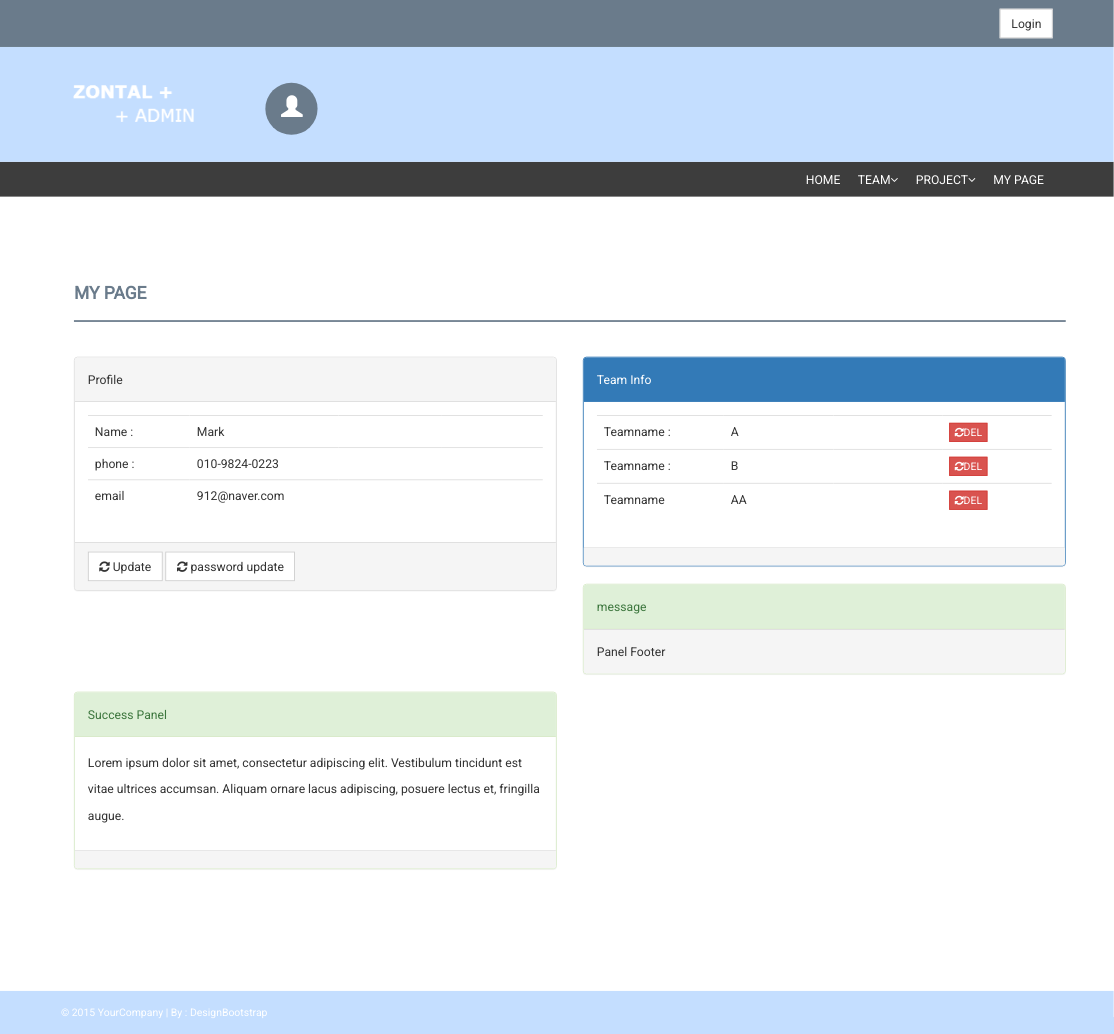
Repository: hwju91/skuniv
Page: http://localhost/0903.2/WEB-INF/jsp/mypage.jsp
The author's editor kept a copy of each file at every save. The page is drawn from the files as they stood at one save, then again after the next save.
The browser window is 1280 px wide. The pictures show the whole page, at 87% of full size.
The page is served by Tomcat 9. Nobody is signed in. Other server files are loaded and not shown. The template is opened directly, without the code that normally fills it, so the values that code supplies are empty.

Above is the page before, as saved 2016-09-06 10:26:24.

### 0903.2/WebContent/WEB-INF/jsp/mypage.jsp
<%@ page language="java" contentType="text/html; charset=UTF-8"
	pageEncoding="UTF-8"%>
<jsp:include page="header_index.jsp" />
<jsp:include page="nav.jsp" />
<jsp:include page="menu_mypage.jsp" />


 <div class="content-wrapper">
            <div class="container">

            <div class="row">
				<div class="col-md-12">
					<h1 class="page-head-line">My page</h1>
				</div>
			</div>


			 <div class="row">
                <div class="col-md-6 col-sm-6">
                    <div class="panel panel-default">
                        <div class="panel-heading">
                            Profile
                        </div>
                        <div class="panel-body">
                            <div class="table-responsive">
                                <table class="table">
                                    <thead>
                                        <!-- <tr>
                                            <th>#</th>
                                            <th>First Name</th>
                                            <th>Last Name</th>
                                            <th>Username</th>
                                        </tr> -->
                                    </thead>
                                    <tbody>
                                        <tr>
                                            <td>Name :</td>
                                            <td>Mark</td>
                                            <td> </td>
                                            <td> </td>
                                        </tr>
                                        <tr>
                                            <td>phone : </td>
                                            <td>010-9824-0223</td>
                                            <td></td>
                                            <td></td>
                                        </tr>
                                        <tr>
                                            <td>email</td>
                                            <td>912@naver.com</td>
                                            <td></td>
                                            <td></td>
                                        </tr>

                                    </tbody>
                                </table>
                            </div>
                        </div>


                        <div class="panel-footer">
                            <a href="#" class="btn btn-default"><i class=" fa fa-refresh "></i> Update</a>
                            <a href="#" class="btn btn-default"><i class=" fa fa-refresh "></i> password update</a>
                        </div>
                    </div>

                </div>

                <div class="col-md-6 col-sm-6">
                    <div class="panel panel-primary">
                        <div class="panel-heading">
                            	Team Info
                        </div>
                         <div class="panel-body">
                            <div class="table-responsive">
                                <table class="table">
                                    <thead>
                                        <!-- <tr>
                                            <th>#</th>
                                            <th>First Name</th>
                                            <th>Last Name</th>
                                            <th>Username</th>
                                        </tr> -->
                                    </thead>
                                    <tbody>
                                        <tr>
                                            <td>Teamname :</td>
                                            <td>A</td>
                                            <td> </td>
                                            <td>  <a href="#" class="btn btn-danger btn-xs"><i class=" fa fa-refresh "></i>DEL</a></td>
                                        </tr>
                                        <tr>
                                            <td>Teamname : </td>
                                            <td>B</td>
                                            <td></td>
                                            <td><a href="#" class="btn btn-danger btn-xs"><i class=" fa fa-refresh "></i>DEL</a></td>
                                        </tr>
                                        <tr>
                                            <td>Teamname</td>
                                            <td>AA</td>
                                            <td></td>
                                            <td><a href="#" class="btn btn-danger btn-xs"><i class=" fa fa-refresh "></i>DEL</a></td>
                                        </tr>

                                    </tbody>
                                </table>
                            </div>
                        </div>
                        <div class="panel-footer">
                        </div>
                    </div>
                </div>
                <div class="col-md-6 col-sm-6">
                    <div class="panel panel-success">
                        <div class="panel-heading">
                            message
                        </div>

                        <div class="panel-footer">
                            Panel Footer
                        </div>
                    </div>
                </div>

                 <div class="col-md-6 col-sm-6">
                    <div class="panel panel-success">
                        <div class="panel-heading">
                            Success Panel
                        </div>
                        <div class="panel-body">
                            <p>Lorem ipsum dolor sit amet, consectetur adipiscing elit. Vestibulum tincidunt est vitae ultrices accumsan. Aliquam ornare lacus adipiscing, posuere lectus et, fringilla augue.</p>
                        </div>
                        <div class="panel-footer">
                             <!-- <a href="#" class="btn btn-default"><i class=" fa fa-refresh "></i> password update</a> -->
                        </div>
                    </div>
                </div>
            </div>

            <!-- <div class="row">
                <div class="col-md-10 col-sm-10">
                    <div class="panel panel-default">
                        <div class="panel-heading">
                            Basic Tabs
                        </div>
                        <div class="panel-body">
                            <ul class="nav nav-tabs">
                                <li class="active"><a href="#team" data-toggle="tab">Home</a>
                                </li>
                                <li class=""><a href="#profile" data-toggle="tab">Profile</a>
                                </li>
                                <li class=""><a href="#messages" data-toggle="tab">Messages</a>
                                </li>
                                <li class=""><a href="#settings" data-toggle="tab">Settings</a>
                                </li>
                            </ul>

                            <div class="tab-content">
                                <div class="tab-pane fade active in" id="team">
                                    <h4>Home Tab</h4>
                                    <p>Lorem ipsum dolor sit amet, consectetur adipisicing elit, sed do eiusmod tempor incididunt ut labore et dolore magna aliqua. Ut enim ad minim veniam, quis nostrud exercitation ullamco laboris nisi ut aliquip ex ea commodo consequat. Duis aute irure dolor in reprehenderit in voluptate velit esse cillum dolore eu fugiat nulla pariatur. Excepteur sint occaecat cupidatat non proident, sunt in culpa qui officia deserunt mollit anim id est laborum.</p>
                                </div>
                                <div class="tab-pane fade" id="profile">
                                    <h4>Profile Tab</h4>
                                    <p>Lorem ipsum dolor sit amet, consectetur adipisicing elit, sed do eiusmod tempor incididunt ut labore et dolore magna aliqua. Ut enim ad minim veniam, quis nostrud exercitation ullamco laboris nisi ut aliquip ex ea commodo consequat. Duis aute irure dolor in reprehenderit in voluptate velit esse cillum dolore eu fugiat nulla pariatur. Excepteur sint occaecat cupidatat non proident, sunt in culpa qui officia deserunt mollit anim id est laborum.</p>
                                </div>
                                <div class="tab-pane fade" id="messages">
                                    <h4>Messages Tab</h4>
                                    <p>Lorem ipsum dolor sit amet, consectetur adipisicing elit, sed do eiusmod tempor incididunt ut labore et dolore magna aliqua. Ut enim ad minim veniam, quis nostrud exercitation ullamco laboris nisi ut aliquip ex ea commodo consequat. Duis aute irure dolor in reprehenderit in voluptate velit esse cillum dolore eu fugiat nulla pariatur. Excepteur sint occaecat cupidatat non proident, sunt in culpa qui officia deserunt mollit anim id est laborum.</p>
                                </div>
                                <div class="tab-pane fade" id="settings">
                                    <h4>Settings Tab</h4>
                                    <p>Lorem ipsum dolor sit amet, consectetur adipisicing elit, sed do eiusmod tempor incididunt ut labore et dolore magna aliqua. Ut enim ad minim veniam, quis nostrud exercitation ullamco laboris nisi ut aliquip ex ea commodo consequat. Duis aute irure dolor in reprehenderit in voluptate velit esse cillum dolore eu fugiat nulla pariatur. Excepteur sint occaecat cupidatat non proident, sunt in culpa qui officia deserunt mollit anim id est laborum.</p>
                                </div>
                            </div>
                        </div>
                    </div>
                </div>

            </div> -->


        </div><!-- container end -->
    </div><!-- content-wrapper  -->



<jsp:include page="footer.jsp" />

### 0903.2/WebContent/WEB-INF/jsp/header_index.jsp
<%@ page language="java" contentType="text/html; charset=UTF-8"
    pageEncoding="UTF-8"%>
<!DOCTYPE html PUBLIC "-//W3C//DTD HTML 4.01 Transitional//EN" "http://www.w3.org/TR/html4/loose.dtd">
<html>
<head>
    <title>Winder</title>

    <link href="css/bootstrap.css" rel="stylesheet" />
    <link href="css/font-awesome.css" rel="stylesheet" />
    <link href="css/style.css" rel="stylesheet" />

	<style>
		.carousel-inner > .item > img,
		.carousel-inner > .item > a > img {
	      width: 90%;
	      height: 500px;
	      margin: auto;
	    }
	</style>

</head>
</head>

### 0903.2/WebContent/WEB-INF/jsp/nav.jsp
<%@ page language="java" contentType="text/html; charset=UTF-8"
    pageEncoding="UTF-8"%>
<body>
    <header>
        <div class="container">
            <div class="row">
                <div class="col-md-12">
                    <!-- <strong>Email: </strong>info@yourdomain.com
                    &nbsp;&nbsp;
                    <strong>Support: </strong>+90-897-678-44 -->
                    <%
                    if("loginok".equals((String)session.getAttribute("loginchk"))){
                    	%>
                    	<a class="btn btn-default" href="logout">Logout</a>
                    <%}
                    else{
                    %>
                    	<a class="btn btn-default" href="login">Login</a>
                    <% }%>

                </div>

            </div>
        </div>
    </header>
    <!-- HEADER END-->
    <div class="navbar navbar-inverse set-radius-zero">
        <div class="container">
            <div class="navbar-header">
                <button type="button" class="navbar-toggle" data-toggle="collapse" data-target=".navbar-collapse">
                    <span class="icon-bar"></span>
                    <span class="icon-bar"></span>
                    <span class="icon-bar"></span>
                </button>
                <a class="navbar-brand" href="index.html">
                    <img src="img/logo.png" />
                </a>

            </div>

            <div class="left-div">
                <div class="user-settings-wrapper">
                    <ul class="nav">

                        <li class="dropdown">
                            <a class="dropdown-toggle" data-toggle="dropdown" href="#" aria-expanded="false">
                                <span class="glyphicon glyphicon-user" style="font-size: 25px;"></span>
                            </a>
                            <div class="dropdown-menu dropdown-settings" style="color: #fff">
                                <div class="media">
                                    <a class="media-left" href="#">
                                        <img src="img/64-64.jpg" alt="" class="img-rounded" />
                                    </a>
                                    <div class="media-body">
                                        <h4 class="media-heading">Jhon Deo Alex </h4>
                                        <h5>Developer & Designer</h5>

                                    </div>
                                </div>
                                <hr />
                                <h5><strong>Personal Bio : </strong></h5>
                                Anim pariatur cliche reprehen derit.
                                <hr />
                                <a href="#" class="btn btn-info btn-sm">Full Profile</a>&nbsp; <a href="login.html" class="btn btn-danger btn-sm">Logout</a>

                            </div>
                        </li>


                    </ul>
                </div>
            </div>
        </div>
    </div>
    <!-- LOGO HEADER END-->

### 0903.2/WebContent/WEB-INF/jsp/menu_mypage.jsp
<%@ page language="java" contentType="text/html; charset=UTF-8"
    pageEncoding="UTF-8"%>
<%@taglib prefix="c"  uri="http://java.sun.com/jsp/jstl/core" %>
<section class="menu-section">
        <div class="container">
            <div class="row">
                <div class="col-md-12">
                    <div class="navbar-collapse collapse ">
                        <ul id="menu-top" class="nav navbar-nav navbar-right">
                            <li><a class="menu-top" href="home">Home</a></li>
                            <li class="dropdown">
                                <a href="#" class="dropdown-toggle" data-toggle="dropdown">Team<i class="fa fa-angle-down"></i></a>
                                <ul class="dropdown-menu">
                                    <li><a href="teamCreateform">팀 생성</a></li>
                                    <c:forEach items="${teammenu }" var="tmenu">
                                    <li><a href="projectlist?tno=${tmenu.tno }">${tmenu.name }</a></li>
                                    </c:forEach>
                                </ul>
                            </li>
                            <li class="dropdown">
                                <a href="#" class="dropdown-toggle" data-toggle="dropdown">Project<i class="fa fa-angle-down"></i></a>
                                <ul class="dropdown-menu">
                                    <li><a href="projectform">프로젝트 생성</a></li>
                                    <c:forEach items="${projectmenu }" var="pmenu">
                                    <li><a href="projectmain?pno=${pmenu.pno }">${pmenu.name }</a></li>
                                    </c:forEach>
                                </ul>
                            </li>
                             <li><a class="menu-top" href="mypage">My Page</a></li>

                        </ul>
                    </div>
                </div>

            </div>
        </div>
    </section>
    <!-- MENU SECTION END-->
    <div class="content-wrapper">
        <div class="container">

### 0903.2/WebContent/WEB-INF/jsp/footer.jsp
<%@ page language="java" contentType="text/html; charset=UTF-8"
    pageEncoding="UTF-8"%>
 </div>
    </div>
    <!-- CONTENT-WRAPPER SECTION END-->
    <footer>
        <div class="container">
            <div class="row">
                <div class="col-md-12">
                    &copy; 2015 YourCompany | By : <a href="http://www.designbootstrap.com/" target="_blank">DesignBootstrap</a>
                </div>

            </div>
        </div>
    </footer>
    <!-- script -->
<script src="js/jquery-2.2.3.min.js"></script>
<script src="js/bootstrap.js"></script>
</body>
</html>

Loaded but not shown: 0903.2/WebContent/css/bootstrap.css (library); 0903.2/WebContent/css/font-awesome.css (library); 0903.2/WebContent/js/jquery-2.2.3.min.js (library); 0903.2/WebContent/js/bootstrap.js (library); 0903.2/WebContent/css/style.css (314 lines, source omitted)

After the next save:
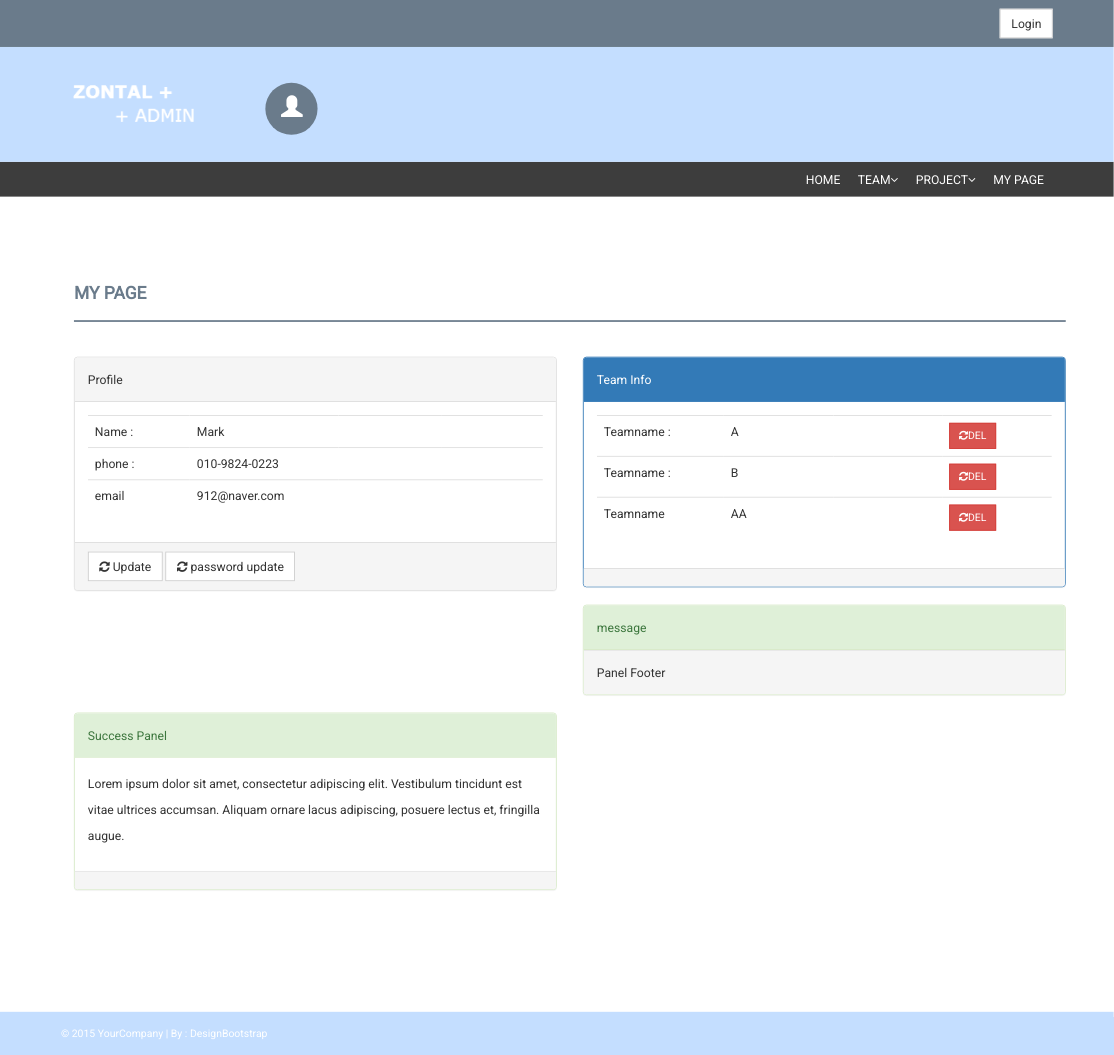
Saved 28 s later.
--- a/0903.2/WebContent/WEB-INF/jsp/mypage.jsp
+++ b/0903.2/WebContent/WEB-INF/jsp/mypage.jsp
@@ -87,19 +87,19 @@
                                             <td>Teamname :</td>
                                             <td>A</td>
                                             <td> </td>
-                                            <td>  <a href="#" class="btn btn-danger btn-xs"><i class=" fa fa-refresh "></i>DEL</a></td>
+                                            <td>  <a href="#" class="btn btn-danger btn-sm"><i class=" fa fa-refresh "></i>DEL</a></td>
                                         </tr>
                                         <tr>
                                             <td>Teamname : </td>
                                             <td>B</td>
                                             <td></td>
-                                            <td><a href="#" class="btn btn-danger btn-xs"><i class=" fa fa-refresh "></i>DEL</a></td>
+                                            <td><a href="#" class="btn btn-danger btn-sm"><i class=" fa fa-refresh "></i>DEL</a></td>
                                         </tr>
                                         <tr>
                                             <td>Teamname</td>
                                             <td>AA</td>
                                             <td></td>
-                                            <td><a href="#" class="btn btn-danger btn-xs"><i class=" fa fa-refresh "></i>DEL</a></td>
+                                            <td><a href="#" class="btn btn-danger btn-sm"><i class=" fa fa-refresh "></i>DEL</a></td>
                                         </tr>
 
                                     </tbody>
